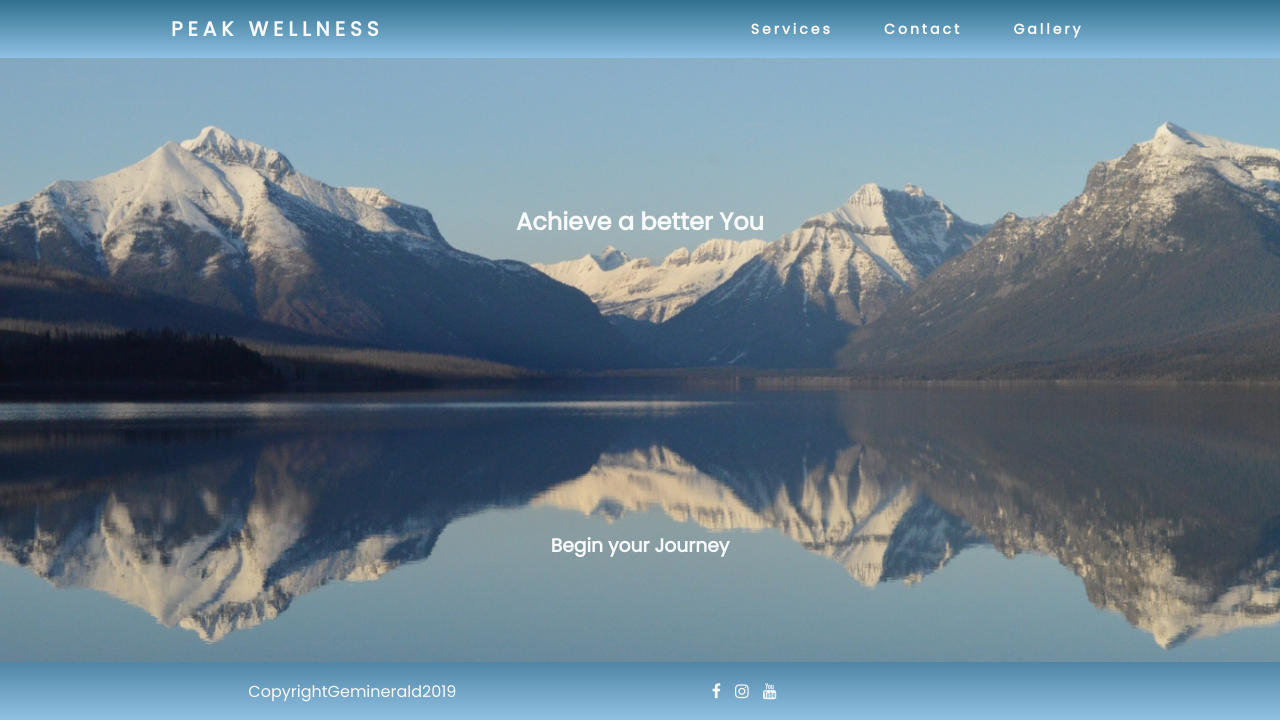
Repository: geminerald/peakwellness
Page: index.html
The author's editor kept a record of every edit. The page is drawn from the files as they stood at one moment, then again after the next edit.
The browser window is 1280 px wide. The pictures show the whole page.

Above is the page before.

After the next edit:
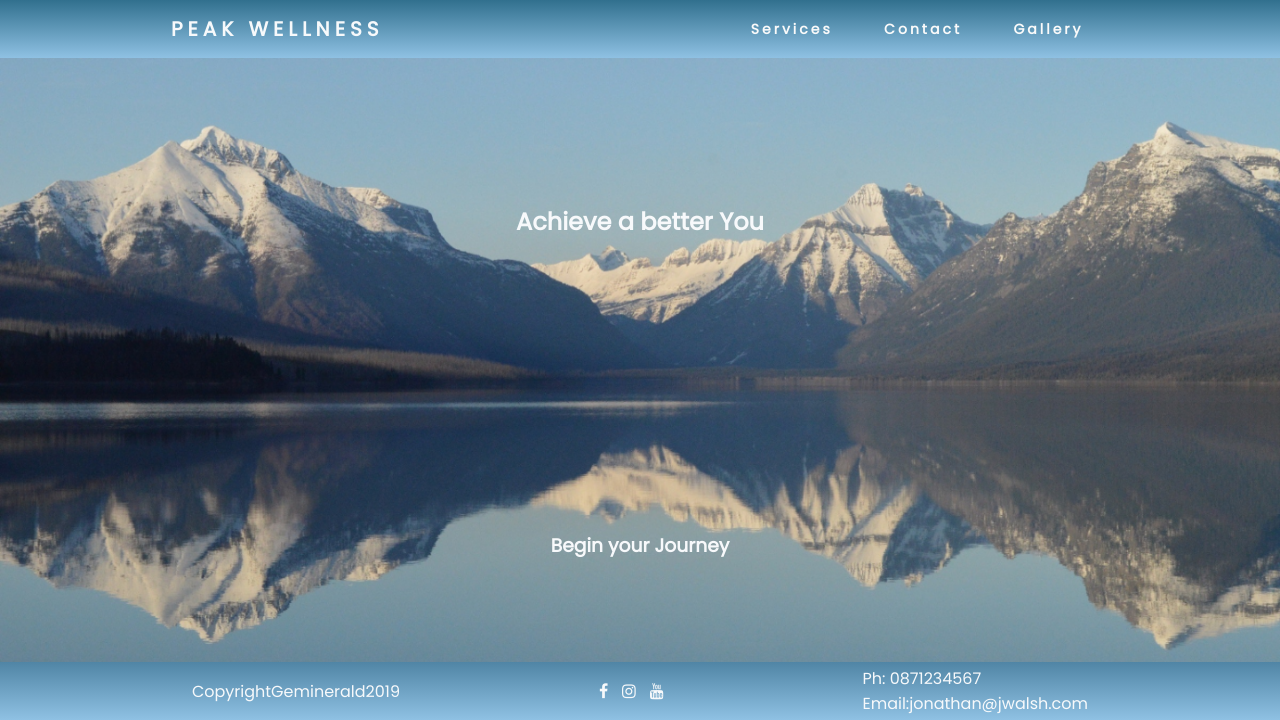
The edit:
--- a/index.html
+++ b/index.html
@@ -54,7 +54,9 @@
                     <li><a target="_blank" href="https://www.youtube.com/channel/UC_d9R5XdeesvneUyRDroG0w?"><i class="fa fa-youtube"></i></a></li>
                 </ul>
         </div>
-        <div class="f-item"></div>
+        <div class="f-item">
+            <p>Ph: 0871234567<br>Email:jonathan@jwalsh.com</p>
+        </div>
     </footer>
     <script src="./assets/nav.js"></script>
 </body>
